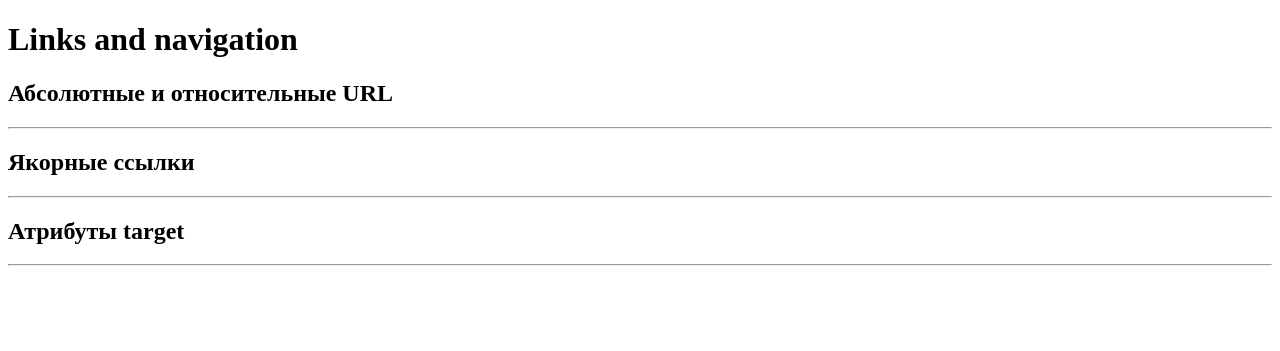
Repository: sannikovcode/exercises-a1
Page: JS/test1/task4/index.html
An editor plug-in stored every save of this project. The page is shown before and after the next save, followed by the edit.
The browser window is 1280 px wide. The pictures show the whole page.

Above is the page before, as saved 2025-10-17 10:22:21.

After the next save:
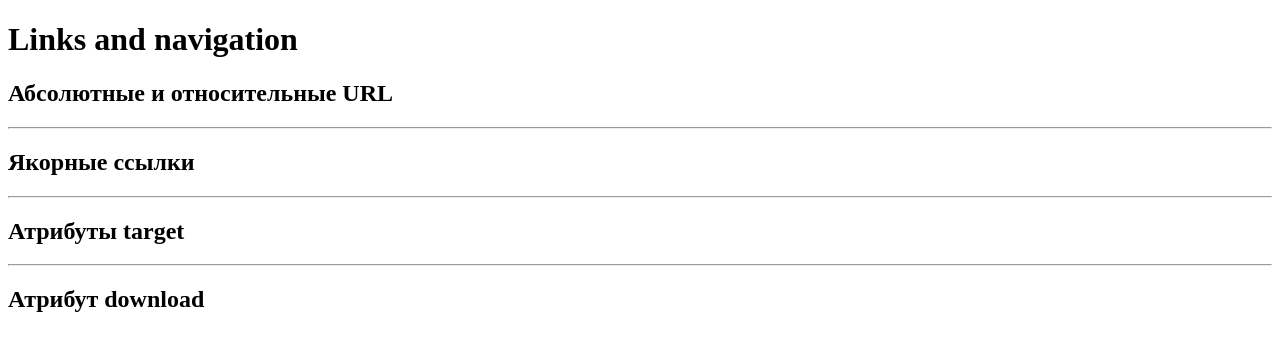
Saved 19 s later.
--- a/JS/test1/task4/index.html
+++ b/JS/test1/task4/index.html
@@ -14,7 +14,7 @@
 <hr>
 <h2>Атрибуты target</h2>
 <hr>
-
+<h2>Атрибут download</h2>
 
 </body>
 
